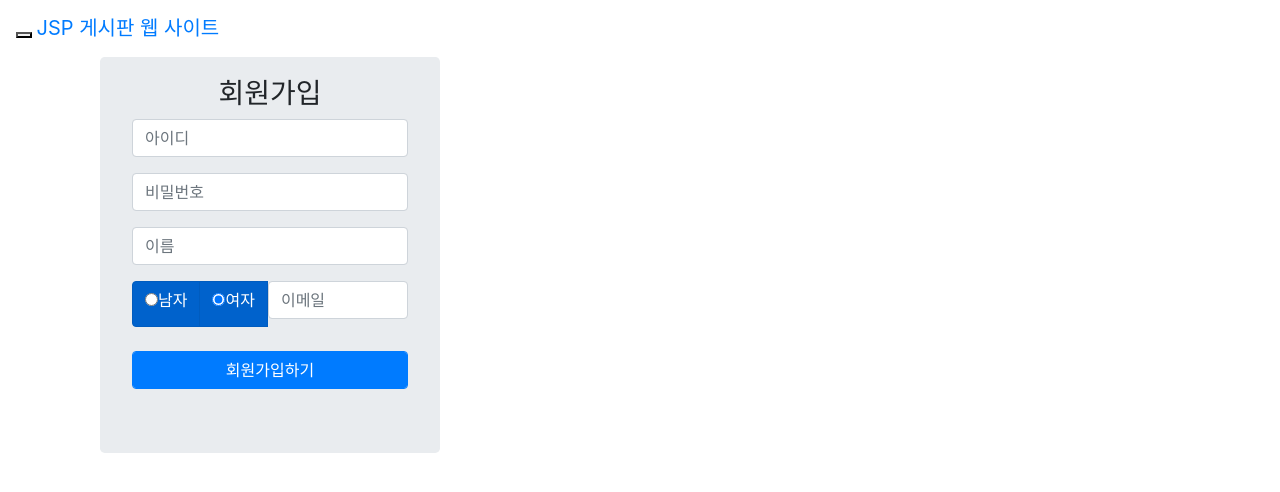
Repository: hz6450/2024-summer-jsp-notice-project
Page: http://localhost/BBS/join.jsp
An editor plug-in stored every save of this project. The page is shown before and after the next save, followed by the edit.
The browser window is 1280 px wide. The pictures show the whole page.
Some web libraries are served in a nearby version. The page is served by Tomcat 10.

Above is the page before, as saved 2024-07-10 07:14:59.

After the next save:
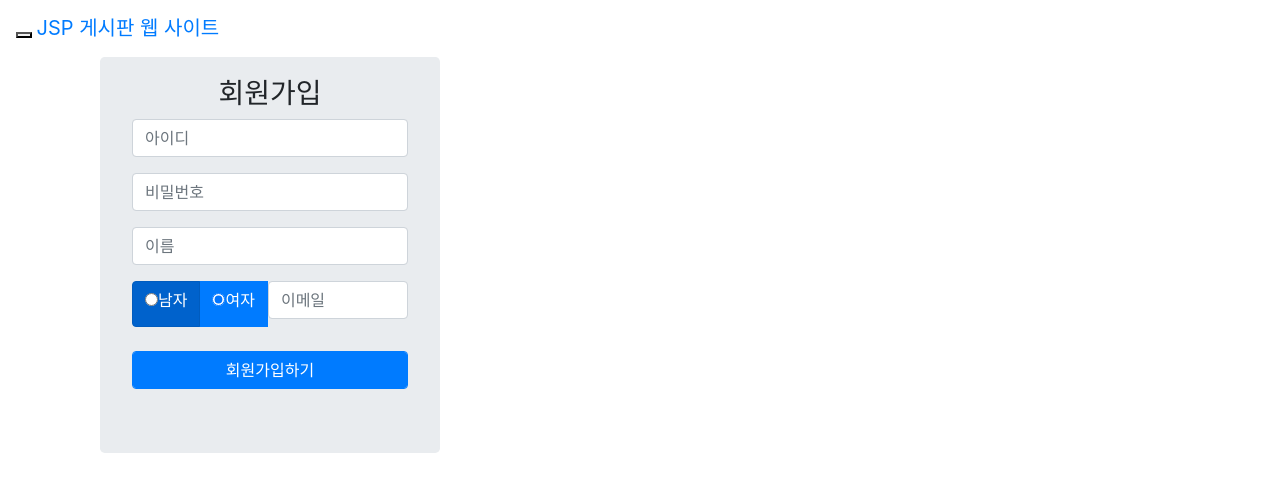
Saved 30 s later.
--- a/projects/BBS/src/main/webapp/join.jsp
+++ b/projects/BBS/src/main/webapp/join.jsp
@@ -61,7 +61,7 @@
                                 <label class="btn btn-primary active">
                                     <input type="radio" name="userGender" autocomplete="off" value="남자" checked>남자
                                 </label>
-                                <label class="btn btn-primary active">
+                                <label class="btn btn-primary">
                                     <input type="radio" name="userGender" autocomplete="off" value="여자" checked>여자
                                 </label>
                                 <div class="form-group">
